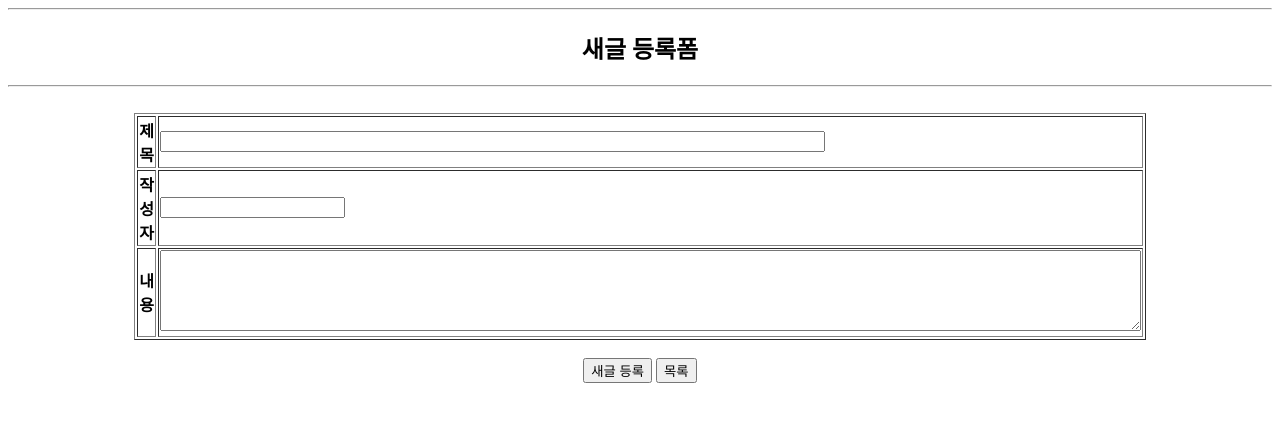
Repository: cdj6995/Web
Page: http://localhost/Mission-Web/jsp/board/writeForm.jsp
An editor plug-in stored every save of this project. The page is shown before and after the next save, followed by the edit.
The browser window is 1280 px wide. The pictures show the whole page.
The page is served by Tomcat 9.

Above is the page before, as saved 2022-06-02 08:28:08.

After the next save:
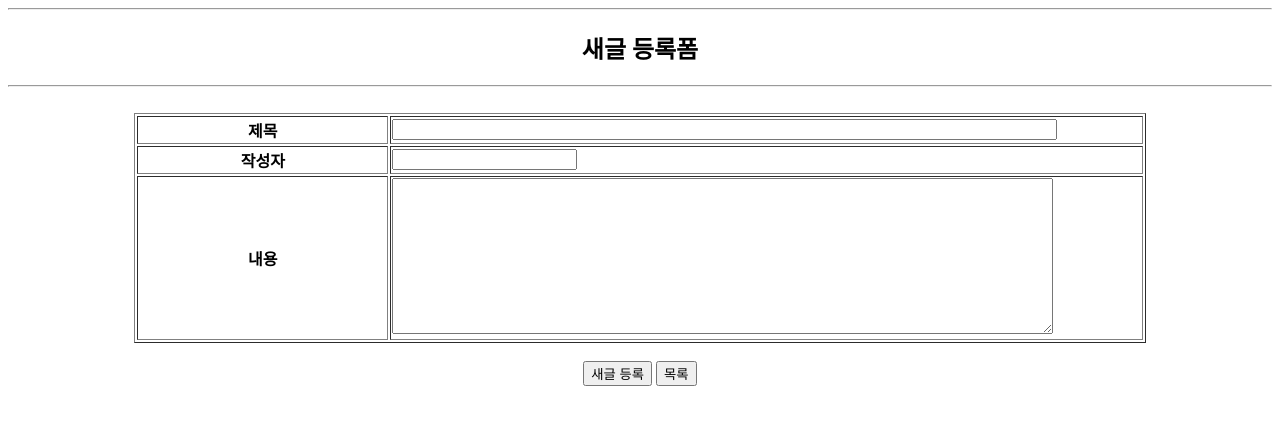
Saved 11 s later.
--- a/Mission-Web/src/main/webapp/jsp/board/writeForm.jsp
+++ b/Mission-Web/src/main/webapp/jsp/board/writeForm.jsp
@@ -38,7 +38,7 @@
 				<tr>
 					<th width="25%">내용</th>
 					<td>
-						<textarea rows="5" cols="120" name="content" required></textarea>
+						<textarea rows="10" cols="80" name="content" required></textarea>
 					</td>
 				</tr>
 			</table>
